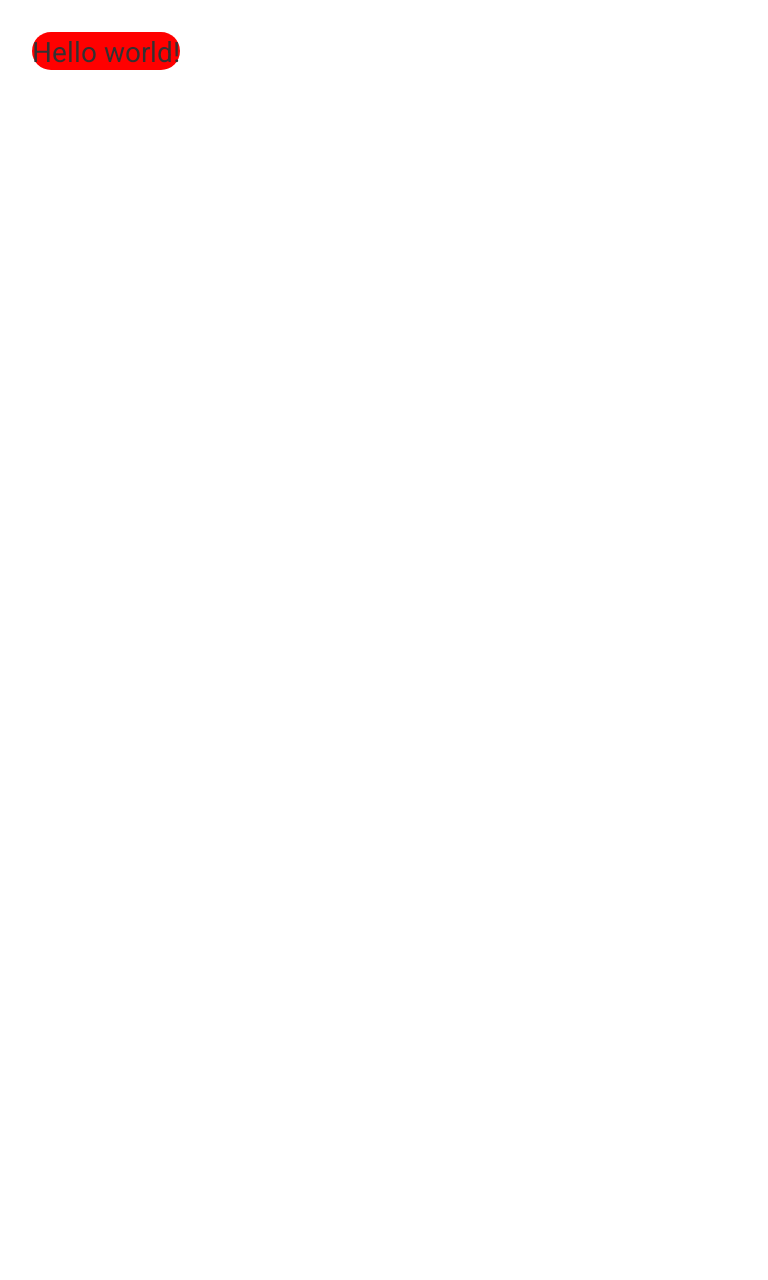
Repository: christianchi/di
Layout: 09 Drawable/DrawableXml/res/layout/activity_main.xml
These files come from the project's save history. The layout is drawn as it stood at one moment and after the next save; the edit follows.
It is drawn on a 768 x 1280 px phone screen (xhdpi) without system bars, with theme AppTheme; the app's code is not run.

Above is the layout before, as saved 2014-01-22 08:33:08.

After the next save:
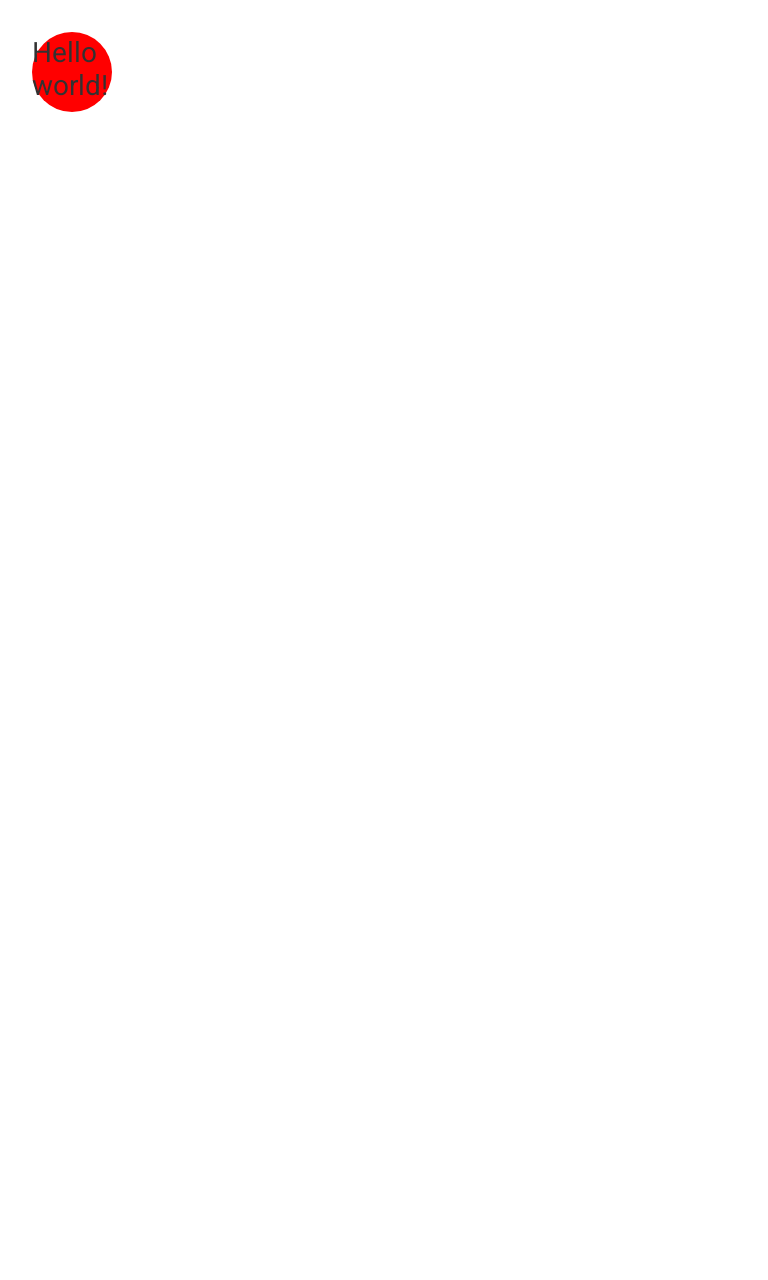
Saved 23 s later.
--- a/09 Drawable/DrawableXml/res/layout/activity_main.xml
+++ b/09 Drawable/DrawableXml/res/layout/activity_main.xml
@@ -9,8 +9,8 @@
     tools:context=".MainActivity" >
 
     <TextView
-        android:layout_width="wrap_content"
-        android:layout_height="wrap_content"
+        android:layout_width="40dp"
+        android:layout_height="40dp"
         android:text="@string/hello_world"
         android:background="@drawable/bg_shape" />
 
